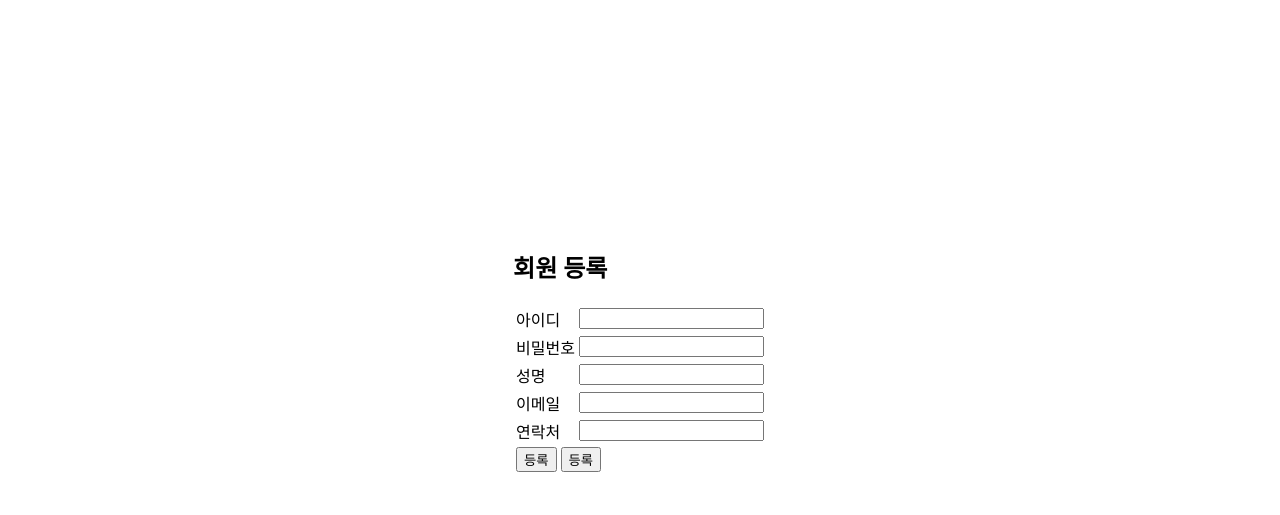
Repository: dlrjsgh367/SW-L5-20V1
Page: http://localhost/SW-L5-20V1/register.jsp
An editor plug-in stored every save of this project. The page is shown before and after the next save, followed by the edit.
The browser window is 1280 px wide. The pictures show the whole page.
The page is served by Tomcat 9. Other server files are loaded and not shown.

Above is the page before, as saved 2025-01-12 09:56:44.

### SW-L5-20V1/WebContent/register.jsp
<%@ page language="java" contentType="text/html; charset=UTF-8" pageEncoding="UTF-8"%>

<html>
<head>
  <meta http-equiv="Content-Type" content="text/html; charset=UTF-8">
  <link rel="stylesheet" href="style_for_task3.css">
</head>
<body>
  <div class="container">
     <form action="">
       <h2>회원 등록</h2>
       <table>
         <tbody>
           <tr>
             <td>아이디</td>
             <td>
               <input type="text" name="p_id"/>
             </td>
           </tr>
           <tr>
             <td>비밀번호</td>
             <td>
               <input type="text" name="p_pw"/>
             </td>
           </tr>
           <tr>
             <td>성명</td>
             <td>
               <input type="text" name="c_name"/>
             </td>
           </tr>
           <tr>
             <td>이메일</td>
             <td>
               <input type="text" name="c_email"/>
             </td>
           </tr>
           <tr>
             <td>연락처</td>
             <td>
               <input type="text" name="c_tel"/>
             </td>
           </tr>
           <tr>
             <td colspan="2">
               <button type="submit">등록 </button>
               <button onClick="location.href='check.jsp'">등록 </button>
             </td>
           </tr>
         </tbody>
       </table>
     </form>
  </div>
</body>
</html>

### SW-L5-20V1/WebContent/style_for_task3.css
html, body {
	margin: 0;
	padding: 0 16px;
	height: 100%
}

.container {
	display: flex;
	justify-content: center;
	align-items: center;
	height: 100%;
}

After the next save:
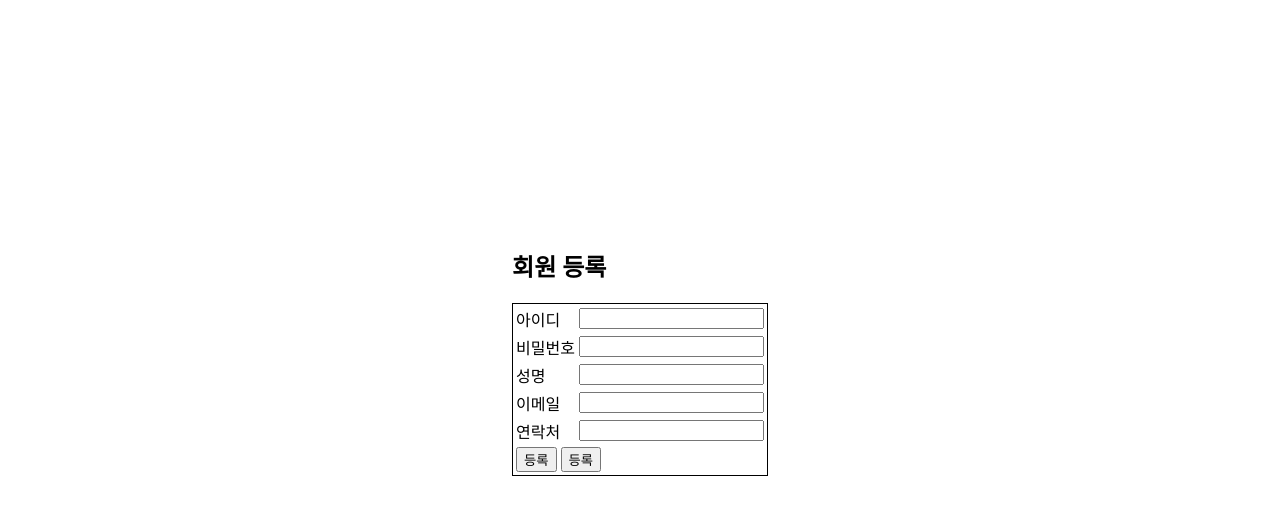
Saved 28 s later.
--- a/SW-L5-20V1/WebContent/style_for_task3.css
+++ b/SW-L5-20V1/WebContent/style_for_task3.css
@@ -2,6 +2,10 @@ html, body {
 	margin: 0;
 	padding: 0 16px;
 	height: 100%
+}
+
+table, th {
+	border: 1px solid;
 }
 
 .container {
